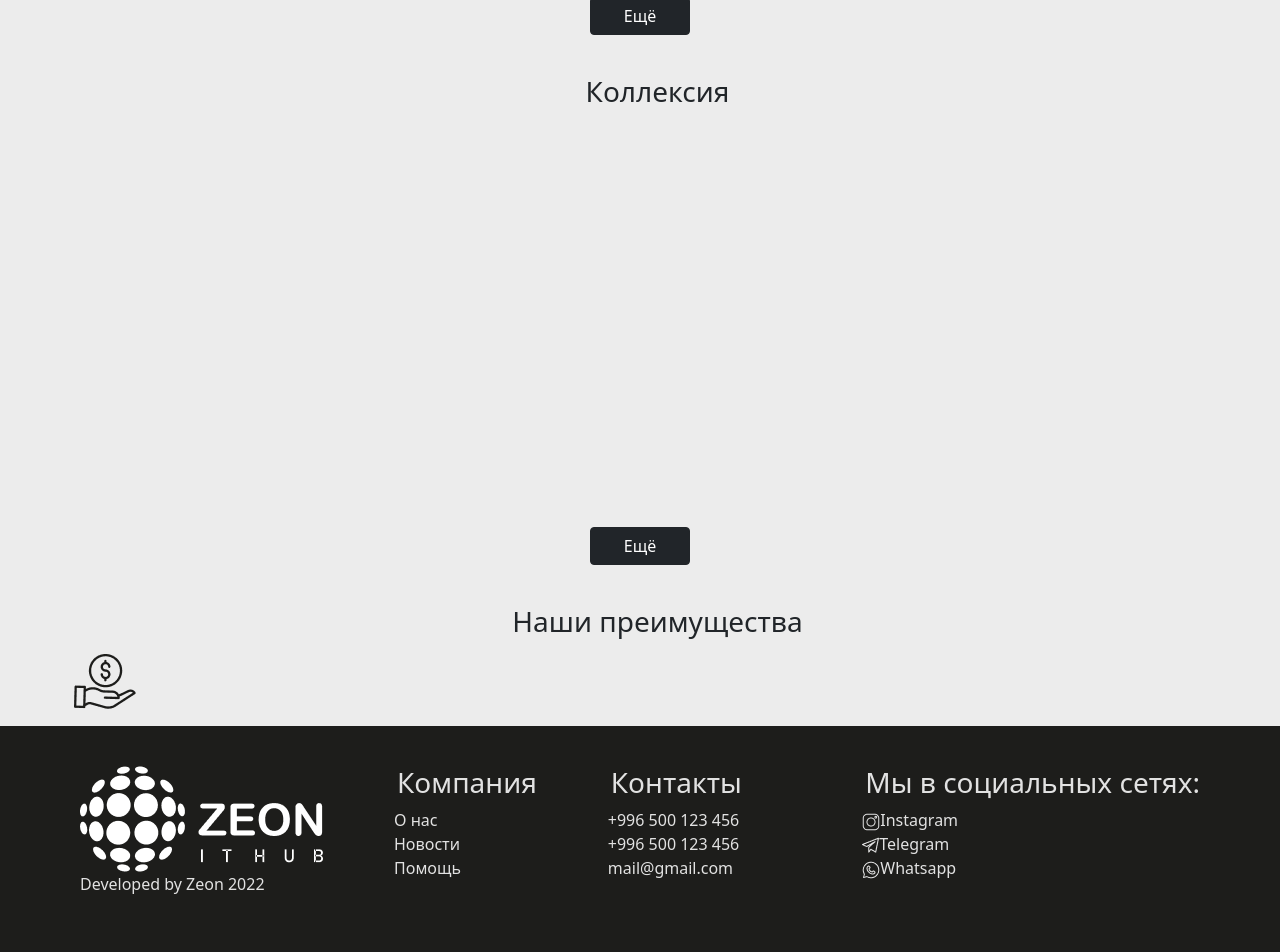
Repository: stamkulova-dinara/zein-internet-magazines
Page: /
The author's editor kept a copy of each file at every save. The page is drawn from the files as they stood at one save, then again after a run of saves.
The browser window is 1280 px wide. The pictures show the part of the page from y = 1221 to 2173 px (the page is 2173 px tall).
The page's requests for data from a server got no answer. The project was rebuilt for these pictures with package versions that can differ from the ones it lists, and the page was loaded fresh each time. No one was signed in, and anything a server would have sent is missing. Also part of the build but not shown: src/components/about/about.module.css, src/components/about/About.jsx, src/components/collections/collection.module.css, src/components/collections/Collections.jsx, src/components/news/News.jsx, src/components/collections/collec.module.css, src/components/collections/CollectionByTitle.jsx.

Above is the page before, as saved 2022-03-28 13:17:09.

After the next 4 saves:
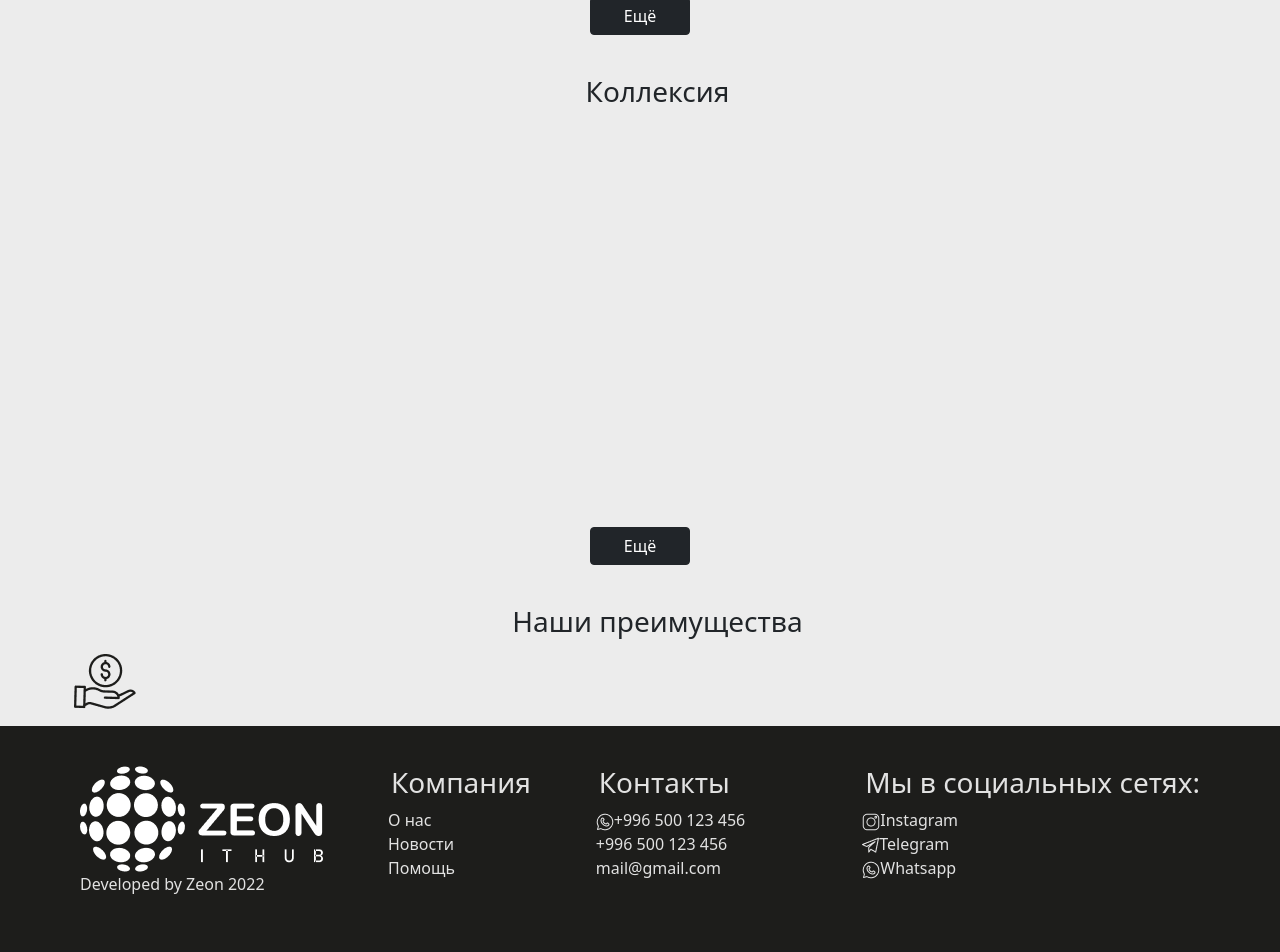
The 4 saves are shown as one change because they came seconds apart.
The last was saved 33 s later.
--- a/src/components/footer/Footer.jsx
+++ b/src/components/footer/Footer.jsx
@@ -31,7 +31,10 @@
             <div className={style.box}>
             <h3>Контакты</h3>
                 <ul>
-                    <li>+996 500 123 456</li>
+                    <li>
+                    <img src={whatsappIcon}/>
+                     +996 500 123 456
+                        </li>
                     <li>+996 500 123 456</li>
                     <li>mail@gmail.com</li>
                 </ul>
